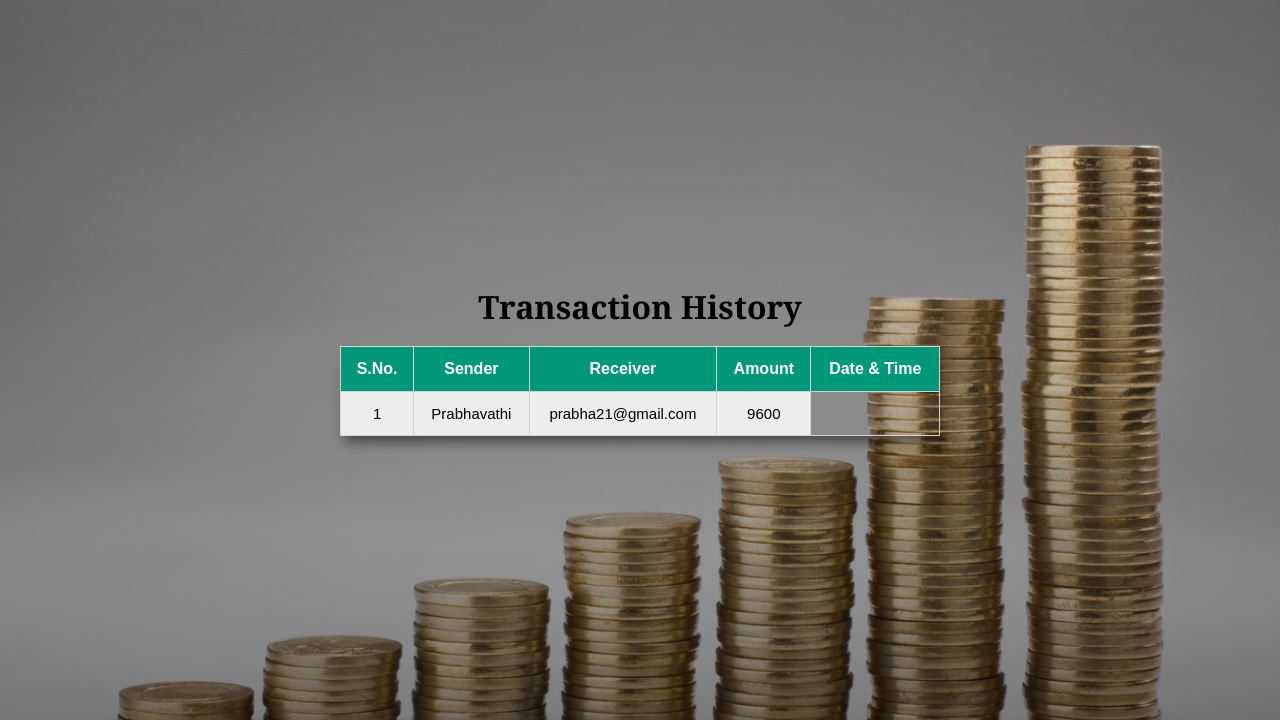
Repository: PrabhaBas/TheSparksFoundation_BasicBankingSystem
Page: http://localhost/PVBank/transactionhistory.jsp
These files come from the project's save history. The page is drawn as it stood at one moment and after the next save; the edit follows.
The browser window is 1280 px wide. The pictures show the whole page.
The page is served by Tomcat 9. Other server files are loaded and not shown.

Above is the page before, as saved 2021-08-18 08:57:55.
Not found: PVBank/PVBank/css/button.css
Not found: PVBank/PVBank/css/createuser.css

### PVBank/src/main/webapp/transactionhistory.jsp
<%@ page language="java" contentType="text/html; charset=ISO-8859-1"
    pageEncoding="ISO-8859-1"%>
<!DOCTYPE html>
<html>
<head>
<meta charset="ISO-8859-1">
<meta http-equiv="X-UA-Compatible" content="IE=edge">
    <meta name="viewport" content="width=device-width, initial-scale=1.0">
    <title>Transaction History</title>
    <link rel="shortcut icon" type="image/png" href="logo1.jpg">
    <link rel="stylesheet" href="css/transactionhistory.css">
    <link rel="stylesheet" href="css/style.css">
    <link rel="stylesheet" href="css/createuser.css">
    <link rel="stylesheet" href="css/button.css">
</head>
<body>
<div class="container">
        <h1 style="text-align:center;">Transaction History</h1>

       <br>
       <div class="table-responsive-sm">
    <table class="table table-hover table-striped table-condensed table-bordered">
        <thead>
            <tr>
                <th class="text-center">S.No.</th>
                <th class="text-center">Sender</th>
                <th class="text-center">Receiver</th>
                <th class="text-center">Amount</th>
                <th class="text-center">Date & Time</th>
            </tr>
            <tr>

				<td>1</td>

				<td>Prabhavathi</td>

				<td>prabha21@gmail.com</td>

		<td>9600</td>

	</tr>

        </thead>
        <tbody>



        </tbody>
    </table>
    </div>
    </div>
</body>
</html>

### PVBank/src/main/webapp/css/transactionhistory.css
*{

	margin: 0;

	padding: 0;

	font-family: arial;

	box-sizing: border-box;

}

body{
    height: 100vh ;

	display: grid;

	place-items: center;

	background: linear-gradient(rgba(0,0,0,0),rgba(0,0,0,0.6)), url('../images/trans.jpg');

	background-size: 100% 120%;

	background-repeat: no-repeat;

}
h1{
	font-family:Georgia, 'Times New Roman', Times, serif;
	place-items: center;
	text-align: center;

}

table{

	width: 600px;

	box-shadow: -1px 12px 12px -6px rgba(0,0,0,0.5);

}

table, td, th{

	padding: 13px;

	border: 1px solid lightgray;

	border-collapse: collapse;

	text-align: center;

	cursor: pointer;

}

td{

	font-size: 15px;

}

th{

	background-color: #009879;

	color: white;

}

tr:nth-child(odd){

	background-color: rgb(115, 156, 144);

}

tr:nth-child(odd):hover{

	background-color: rgba(94, 255, 30, 0.418);

	color: white;

	transform: scale(1.1);

	transition: transform 300ms ease-in;

}

tr:nth-child(even){

	background-color: #ededed;

}

tr:nth-child(even):hover{

	background-color: lightgray;

	transform: scale(1.1);

	transition: transform 300ms ease-in;


}

### PVBank/src/main/webapp/css/style.css
/* CSS Reset */
*{
    margin: 0;
    padding: 0;
}

/* CSS Variables */
:root{
    --navbar-height: 55px;
}

/* Navigation Bar */
#navbar{
    display: flex;
    align-items: center;
}

#navbar::before{
    content: "";
    background-color: black;
    position: absolute;
    height: 100%;
    width: 100%;
    z-index: -1;
    opacity: 0.4;
}

/* Navigation Bar: Logo and Image */
#logo{
    margin: 3px 25px;
}
#logo img{
    height: 75px;
    margin: 5px 9px;
}

/* Navigation Bar: List Styling */
#navbar{
    position: relative;
    background-color:rgb(71, 70, 70);
}

#navbar ul{
    display: flex;
    font-family: 'Baloo Bhai';
}

#navbar ul li{
    list-style: none;
    font-size: 1.3rem;
}

#navbar ul li a{
   color: white;
   display: block;
   font-family: 'STIX Two Text', serif;
   padding: 3px 22px;
   border-radius: 20px;
   text-decoration: none;
}

#navbar ul li a:hover{
    color: black;
    background-color: white;
}

/* Home Section */
#home{
    display: flex;
    flex-direction: column;
    height: 70%;
    padding: 6px 50px;
    justify-content: center;
    align-items: center;
}

#home::before{
    content: "";
    position: fixed;
    background: url(../images/BAnkBG1.jpg) no-repeat center center fixed;
    -webkit-background-size: cover;
    -moz-background-size: cover;
    -o-background-size: cover;
    background-size: cover;

    height: 300%;
    width: 100%;
    z-index: -1;
    opacity: 0.92;
}

#home h1{
    color: rgb(252, 253, 251);
    text-align: center;
    font-family: 'Bree Serif', serif;
}

#home p{
    color:rgb(250, 249, 245);
    text-align: center;
    font-size: 1.2rem;
    font-family: 'Bree Serif', serif;
}
/* Utility Classes */
.h-primary{
    font-size: 3.9rem;
    padding: 4px;
}
.btn{
    position: relative;
    text-align: center;
    width: 262px;
    padding: 10px;
    font-size: 22px;
    color: blue;
    font-family:'Roboto Slab', serif;
    font-weight: 359;
    border: 4px solid #ec7190;
    text-transform: 15px;
    letter-spacing: 1px;
    cursor: pointer;
    border-radius: 100px;
    opacity: 0.84;
}
.btn:hover
{
    box-shadow: 0 4px 10px 0 #ec7190 inset, 0 4px 10px 0 #ec7190,
                0 4px 10px 0 #ec7190 inset, 0 4px 10px 0 #ec7190;
}

/* About us Section */
#aboutus::before{
    content: "";
    position: fixed;
    background: url('../2676105.jpg');
    height: 120%;
    width: 100%;
    z-index: -5;
    opacity: 0.99;
}
#aboutus h1{
    color: black;
    text-align: center;
    font-family: 'Baloo Bhai';
    z-index: 34;
}

#aboutus p{
    color:darkgreen;
    font-size: 0.98rem;
    font-family: 'Bree Serif', serif;
    z-index: 35;
}

body{
    min-height: 100vh;
}

#container{
    position: sticky;
    color: white;
    text-align: center;
    font-size: 0.86rem;
    margin-top: auto;
    background: rgb(71, 70, 70);
    padding-bottom: 40px;
    height: 20px;
    margin-top: 30px;
}

#footpart{
    position:absolute;
   bottom:0;
   width:100%;
   height:60px;   /* Height of the footer */
   background:rgb(71, 70, 70);
}

After the next save:
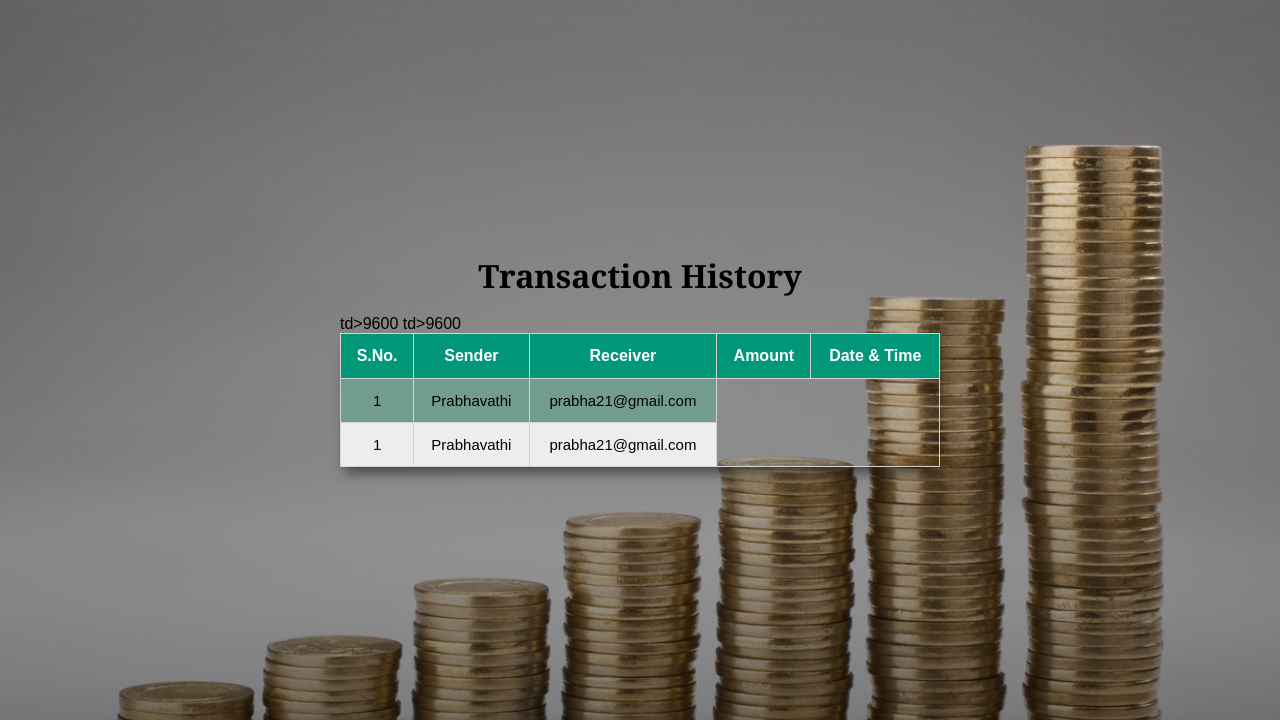
Saved 57 s later.
--- a/PVBank/src/main/webapp/transactionhistory.jsp
+++ b/PVBank/src/main/webapp/transactionhistory.jsp
@@ -28,6 +28,7 @@
                 <th class="text-center">Amount</th>
                 <th class="text-center">Date & Time</th>
             </tr>
+             </thead>
             <tr>
 
 				<td>1</td>
@@ -36,11 +37,22 @@
 
 				<td>prabha21@gmail.com</td>
 
-		<td>9600</td>
+				td>9600</td>
+
+	</tr>
+	<tr>
+
+				<td>1</td>
+
+				<td>Prabhavathi</td>
+
+				<td>prabha21@gmail.com</td>
+
+				td>9600</td>
 
 	</tr>
 
-        </thead>
+
         <tbody>
 
 
